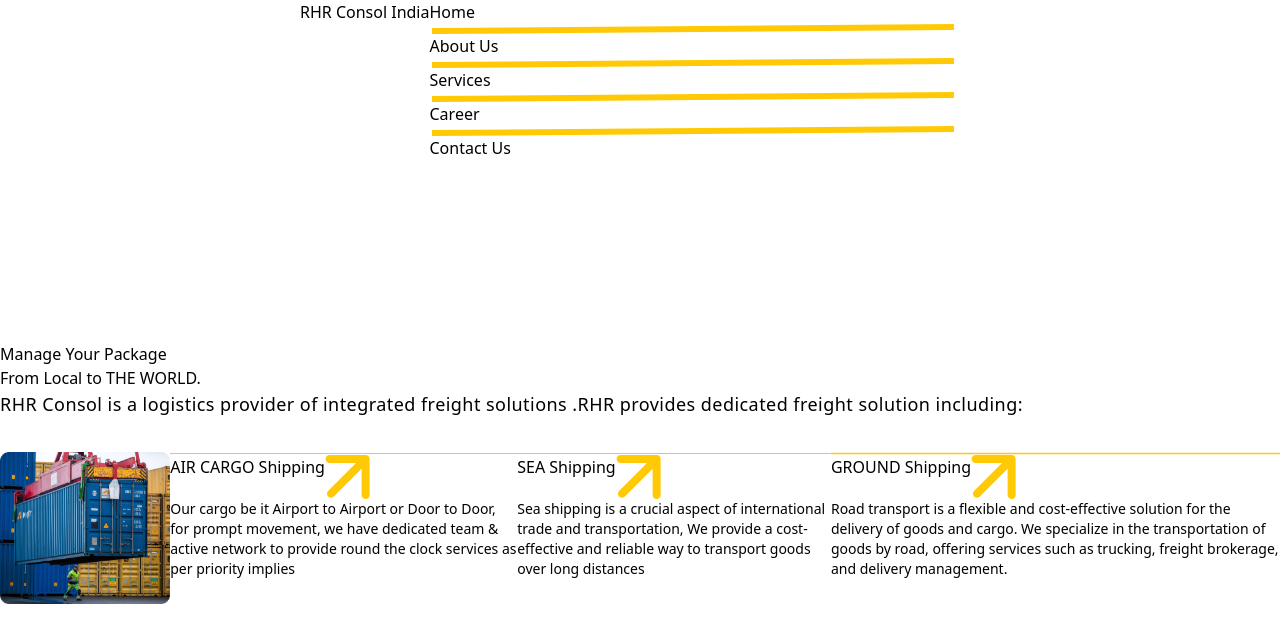
Repository: husainmamuwala/RHRConsol
Page: /services
An editor plug-in stored every save of this project. The page is shown before and after a run of saves, followed by the edit.
The browser window is 1280 px wide. The pictures show the whole page.
The project was rebuilt for these pictures with package versions that can differ from the ones it lists, and the page was loaded fresh each time. The framework's server and built-in components were replaced by stand-ins that run in the browser. Also part of the build but not shown: next.config.js.

Above is the page before, as saved 2023-02-04 10:24:13.

### pages/services.jsx
import React from 'react'
import Navbar from '../Components/Navbar'
import Services from '../Components/Services'

const services = () => {
  return (
    <div>
        <div>
            <Navbar/>
        </div>
        <div>
          <Services/>
        </div>
    </div>
  )
}

export default services

### styles/globals.css
@tailwind base;
@tailwind components;
@tailwind utilities;

@layer base{
    @font-face{
        font-family: "Mulish";
        src: url('/fonts/Mulish.woff') format('woff');
        font-family: 'Montserrat', sans-serif

    }

}

### Components/Navbar.jsx
import React, { useState } from "react";
import Link from "next/link";
import { Bars3Icon, XMarkIcon } from "@heroicons/react/24/solid";

const Navbar = () => {
  const Links = [
    {
      name: "Home",
      link: "/",
    },
    {
      name: "About Us",
      link: "/about",
    },
    {
      name: "Services",
      link: "/services",
    },
    {
        name:"Career",
        link:'/career',
    }
  ];
  const [open, setOpen] = useState(false);
  return (
    <div className="w-full top-0 px-5 bg-[#1C2C5E]">
      <div className="lg:flex justify-between lg:items-center flex py-2">
        <div className="flex items-center">
          <Link href="/">
          <svg
          className="w-16 h-16 " width="auto" height="auto" viewBox="0 0 86 98" fill="none" xmlns="http://www.w3.org/2000/svg">
              <rect x="1" y="24" width="5" height="50" fill="white"/>
              <path d="M35 17L40 14V94H35V17Z" fill="white"/>
              <path d="M36.525 51L36 46H50V51H36.525Z" fill="white"/>
              <path d="M51 80L46 83L46 3L51 4L51 80Z" fill="white"/>
              <path d="M12 66.5375L17 69L17 29L12 29.4875L12 66.5375Z" fill="white"/>
              <path d="M24 49L29 46.3267V22L24 22.3506V49Z" fill="white"/>
              <path d="M24 73.8303L29 75V56L24 56.2316V73.8303Z" fill="white"/>
              <path d="M26.2657 60.4936L29 56L13.5833 47L13.5834 53L26.2657 60.4936Z" fill="white"/>
              <path d="M15.7343 53.7164L13 49.2227L28.4167 40.2227L28.4166 46.2227L15.7343 53.7164Z" fill="white"/>
              <path d="M14.7362 33.7152L12 29.2227L29.1541 19.1742L28.8523 25.3563L14.7362 33.7152Z" fill="white"/>
              <path d="M73.8083 66.586L68.8083 69.0485V29.0485L73.8083 29.536V66.586Z" fill="white"/>
              <path d="M61.8083 49.0485L56.8083 46.3752V22.0485L61.8083 22.3992V49.0485Z" fill="white"/>
              <path d="M61.8083 73.8788L56.8083 75.0485V56.0485L61.8083 56.2801V73.8788Z" fill="white"/>
              <path d="M59.5427 60.5422L56.8084 56.0485L72.225 47.0485L72.225 53.0485L59.5427 60.5422Z" fill="white"/>
              <path d="M70.074 53.7649L72.8083 49.2712L57.3917 40.2712L57.3917 46.2712L70.074 53.7649Z" fill="white"/>
              <path d="M71.0722 33.7638L73.8083 29.2712L56.6543 19.2227L56.9561 25.4048L71.0722 33.7638Z" fill="white"/>
              <rect x="81" y="24" width="5" height="50" fill="white"/>
              <path d="M40.5 1L40.5001 7.49999L3.33602 28.425L0.761346 24.1388L40.5 1Z" fill="white"/>
              <path d="M81 70L86.0001 73.5L46 96.5L46 90L81 70Z" fill="white"/>
              <path d="M83.1641 28.2111L85.7388 23.925L46.0001 0.999995L46.0001 4L46 6.5L83.1641 28.2111Z" fill="white"/>
              <path d="M40 96.5L40.0001 90L3.57476 70L1.00009 74.2861L40 96.5Z" fill="white"/>
        </svg>
          </Link>
        <p className="text-white pl-2 font-semibold lg:font-bold lg:text-2xl lg:tracking-wider">RHR Consol India</p>
        </div>
        <div
          onClick={() => setOpen(!open)}
          className="text-3xl cursor-pointer lg:hidden self-center place-content-end ml-auto mr-5"
        >
          {!open ? <Bars3Icon className="h-10 w-10 text-[#FFCA05]" /> : <XMarkIcon className="h-10 w-10 text-[#FFCA05]" />}
        </div>
        <div className="">
          <ul
            className={`lg:flex lg:flex-row lg:items-center font-Montserrat lg:pb-0 text-white
            absolute lg:static bg-[#1C2C5E] lg:bg-transparent lg:z-auto w-full left-0  lg:pl-0 pl-9 lg:w-auto
            transition-all duration-1000 ease-in top-20 pb-5 rounded-b-2xl z-40
            ${open ? "flex-col" : "hidden"}`}
          >
            {Links.map((link) => (
              <li onClick={() => setOpen(false)} key={link.link} className="
              md:ml-8 text-xl md:text-lg my-7 hover:text-[#FFCA05] transition-all hover:top-1 pl-2">
                <Link href={link.link}>{link.name}</Link>
                <svg
              className="w-[10rem] lg:w-[15rem] lg:ml-14 lg:hidden"
              width="auto"
              height="10"
              viewBox="0 0 262 5"
              fill="none"
              xmlns="http://www.w3.org/2000/svg"
            >
              <line x1="0.988506"y1="3.50004"x2="261.988"y2="1.50004"stroke="#FFCA05"stroke-width="3"/>
            </svg>
              </li>
            ))}
            <div className="py-4 ml-1">
              <a href="/contact">
            <button className="bg-[#FFCA05] rounded-xl px-5 py-1 text-[#1C2C5E] font-Montserrat md:text-lg
            lg:ml-10 hover:scale-105">
                Contact Us
            </button>
              </a>
            </div>
          </ul>
        </div>
      </div>
    </div>
  );
};

export default Navbar;

### Components/Services.jsx
import React, { Component } from 'react';


const Services = () => {
  const Data = [
    {
      main:"AIR CARGO",
      sub:"Shipping",
      icon:"img/a2.png",
      desc:"Our cargo be it Airport to Airport or Door to Door, for prompt movement, we have dedicated team & active network to provide round the clock services as per priority implies",

    },
    {
      main:"SEA",
      sub:"Shipping",
      icon:"img/a2.png",
      desc:"Sea shipping is a crucial aspect of international trade and transportation, We provide a cost-effective and reliable way to transport goods over long distances",

    },
    {
      main:"GROUND",
      sub:"Shipping",
      icon:"img/a2.png",
      desc:"Road transport is a flexible and cost-effective solution for the delivery of goods and cargo. We specialize in the transportation of goods by road, offering services such as trucking, freight brokerage, and delivery management.",

    }
  ];

  return (
    <div className='md:px-10 px-5 py-5'>
      <div className='bg-secondary w-full rounded-[2rem] md:py-10 py-5 md:px-10 px-5'>
        <div className='flex flex-row justify-between'>
          <div className=' text-white'>
            <span className='md:text-6xl text-xl font-bold'>Manage Your Package</span>
            <br />
            <span className='md:text-6xl text-xl font-bold '>From Local to <span className='text-primary'> THE WORLD.</span></span>
            <br />
            <span className='text-lg tracking-wide'>RHR Consol is a logistics provider of integrated freight solutions .RHR provides dedicated freight solution including:</span>
          </div>
          <div className=''>
            <img
              src='img/arrow 1.png'
              alt=' ' />
          </div>
        </div>


        <div className='py-5 flex md:flex-row flex-col mt-5'>
          <div className='w-1/2 h-auto'>
            <img
              src='img/service1.png'
              className='' />
          </div>
          <div className='flex flex-col'>
          {
            Data.map((d)=>(
          <div className='md:pr-28 md:ml-5'>
            <div className='w-full'>
            <svg width="auto" height="3" viewBox="0 0 900 3" fill="none" xmlns="http://www.w3.org/2000/svg"
            className='md:w-[53rem]'>
              <line y1="1.5" x2="900" y2="1.5" stroke="#FFCA05" stroke-width="3" />
            </svg>
            </div>
            <div className='flex flex-row justify-between mt-3'>
              <p className='text-white font-semibold md:text-3xl text-xl'>
                <span className='text-primary'>{d.main}{" "}</span>{d.sub}</p>
              <img
                src={d.icon} />
            </div>
            <p className='text-white pr-10 pb-2 text-sm'>{d.desc}</p>
          </div>
            ))
          }
          </div>
        </div>
      </div>
    </div>
  )
}

export default Services;

### tailwind.config.js
/** @type {import('tailwindcss').Config} */
module.exports = {
  content: [
    "./pages/**/*.{js,ts,jsx,tsx}",
    "./components/**/*.{js,ts,jsx,tsx}",
  ],
  theme: {
    extend: {
      fontFamily: {
        mulish:'Mulish'
      },
      colors:{
        primary:"#FFCA05",
        secondary:"#1C2C5E",
      }
    },
  },
  plugins: [

  ],
}

Loaded but not shown: pages/_app.js (common file)

After the next 2 saves:
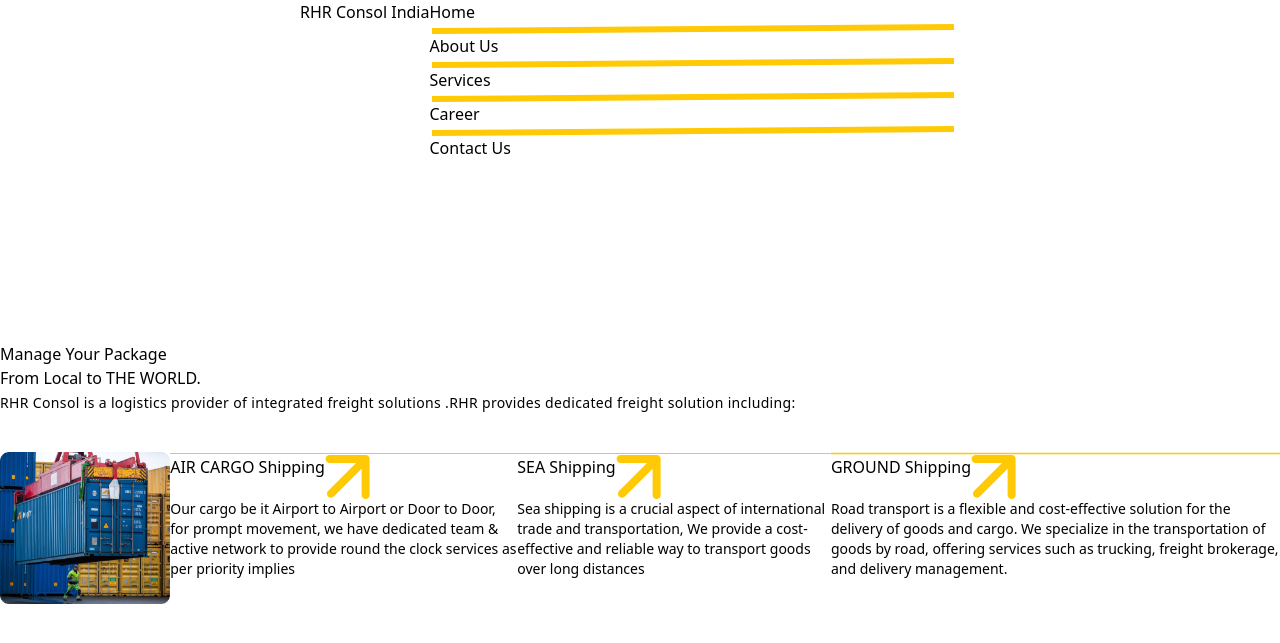
The 2 saves are shown as one change because they came seconds apart.
The last was saved 19 s later.
--- a/Components/Services.jsx
+++ b/Components/Services.jsx
@@ -35,7 +35,7 @@
             <br />
             <span className='md:text-6xl text-xl font-bold '>From Local to <span className='text-primary'> THE WORLD.</span></span>
             <br />
-            <span className='text-lg tracking-wide'>RHR Consol is a logistics provider of integrated freight solutions .RHR provides dedicated freight solution including:</span>
+            <span className='md:text-lg tracking-wide text-sm'>RHR Consol is a logistics provider of integrated freight solutions .RHR provides dedicated freight solution including:</span>
           </div>
           <div className=''>
             <img
